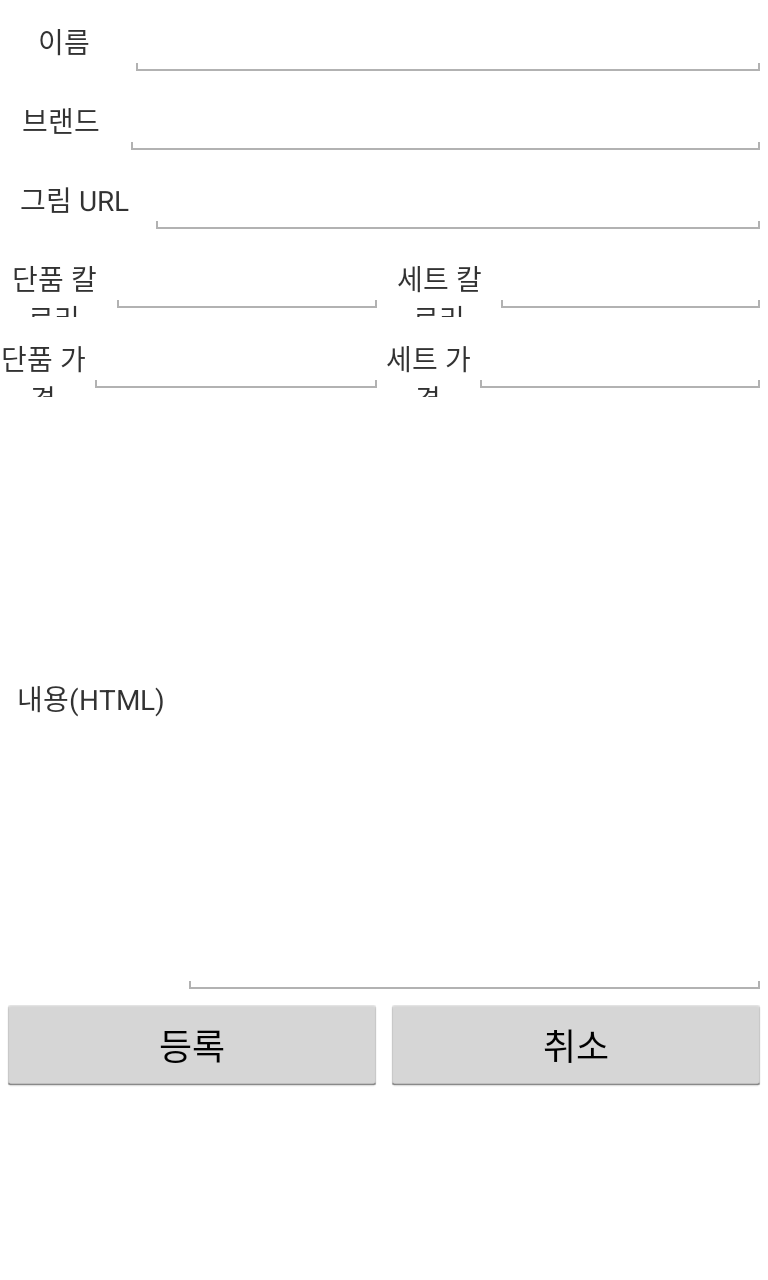
Repository: OnionLord/BurgerWIKI
Layout: burgerDicApp/BurgerDictionary/res/layout/burgeradd.xml
These files come from the project's save history. The layout is drawn as it stood at one moment and after the next save; the edit follows.
It is drawn on a 768 x 1280 px phone screen (xhdpi) without system bars, with theme AppTheme; the app's code is not run.

Above is the layout before, as saved 2014-11-08 04:04:42.

After the next save:
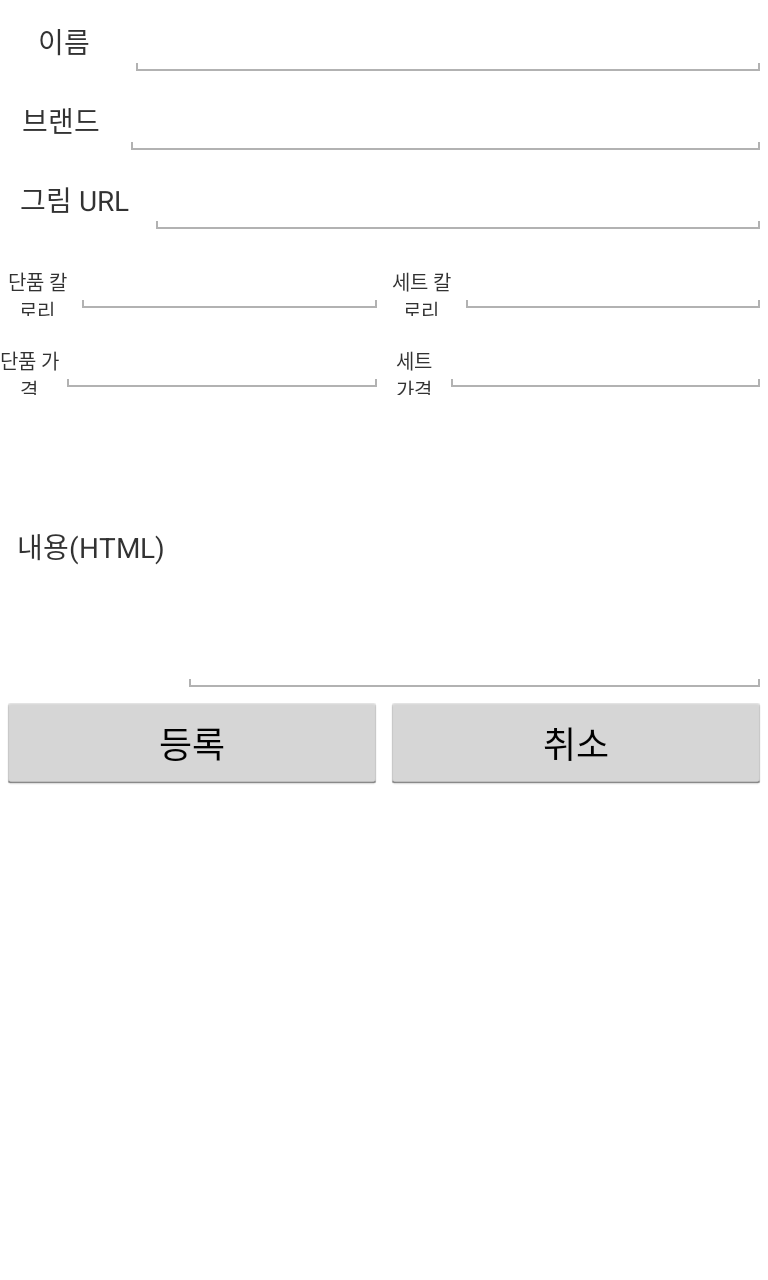
Saved 34 s later.
--- a/burgerDicApp/BurgerDictionary/res/layout/burgeradd.xml
+++ b/burgerDicApp/BurgerDictionary/res/layout/burgeradd.xml
@@ -80,12 +80,13 @@
         android:layout_height="wrap_content" >
 
        <TextView
-            android:id="@+id/add_txt3"
-            android:layout_width="wrap_content"
-            android:layout_height="wrap_content"
-            android:text="단품 칼로리"
-            android:layout_weight="1"
-            android:gravity="center" />
+           android:id="@+id/add_txt3"
+           android:layout_width="wrap_content"
+           android:layout_height="wrap_content"
+           android:layout_weight="1"
+           android:gravity="center"
+           android:text="단품 칼로리"
+           android:textSize="10sp" />
 
         <EditText
             android:id="@+id/add_calone"
@@ -98,12 +99,13 @@
         </EditText>
 
 		       <TextView
-            android:id="@+id/add_txt4"
-            android:layout_width="wrap_content"
-            android:layout_height="wrap_content"
-            android:text="세트 칼로리"
-            android:layout_weight="1"
-            android:gravity="center"/>
+		           android:id="@+id/add_txt4"
+		           android:layout_width="wrap_content"
+		           android:layout_height="wrap_content"
+		           android:layout_weight="1"
+		           android:gravity="center"
+		           android:text="세트 칼로리"
+		           android:textSize="10sp" />
 
         <EditText
             android:id="@+id/add_calset"
@@ -122,12 +124,13 @@
         android:layout_height="wrap_content" >
 
        <TextView
-            android:id="@+id/add_txt5"
-            android:layout_width="wrap_content"
-            android:layout_height="wrap_content"
-            android:layout_weight="1"
-            android:gravity="center"
-            android:text="단품 가격"/>
+           android:id="@+id/add_txt5"
+           android:layout_width="wrap_content"
+           android:layout_height="wrap_content"
+           android:layout_weight="1"
+           android:gravity="center"
+           android:text="단품 가격"
+           android:textSize="10sp" />
 
         <EditText
             android:id="@+id/add_priceone"
@@ -140,12 +143,13 @@
         </EditText>
 
 		       <TextView
-            android:id="@+id/add_txt6"
-            android:layout_width="wrap_content"
-            android:layout_height="wrap_content"
-            android:layout_weight="1"
-            android:gravity="center"
-            android:text="세트 가격" />
+		           android:id="@+id/add_txt6"
+		           android:layout_width="wrap_content"
+		           android:layout_height="wrap_content"
+		           android:layout_weight="1"
+		           android:gravity="center"
+		           android:text="세트 가격"
+		           android:textSize="10sp" />
 
         <EditText
             android:id="@+id/add_priceset"
@@ -174,7 +178,7 @@
         <EditText
             android:id="@+id/add_content"
             android:layout_width="wrap_content"
-            android:layout_height="300dp"
+            android:layout_height="150dp"
             android:layout_weight="10"
 
             android:ems="10" >
